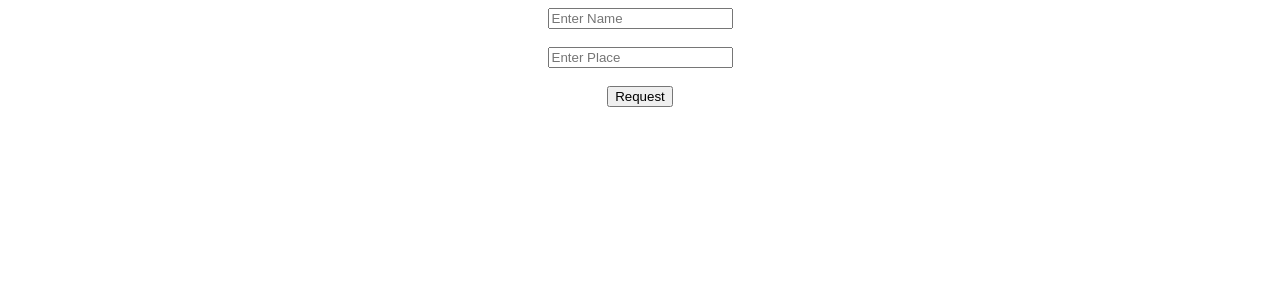
Repository: loganathanofficial/before-17-11-2025
Page: sevlet_class/form/src/main/webapp/form.html
The author's editor kept a copy of each file at every save. The page is drawn from the files as they stood at one save, then again after the next save.
The browser window is 1280 px wide. The pictures show the whole page.

Above is the page before, as saved 2025-02-21 02:05:51.

### sevlet_class/form/src/main/webapp/form.html
<!DOCTYPE html>
<html>
<head>
<meta charset="UTF-8">
<title>my  form </title>
</head>
<body>
	<center>
	<form action="fs">
		<input type="text" name="nm" placeholder="Enter Name"><br><br>
		<input type="text" name="pl" placeholder="Enter Place"><br><br>

		<button type="submit" value="Request">Request</button>


	</form>
	</center>
</body>
</html>

After the next save:
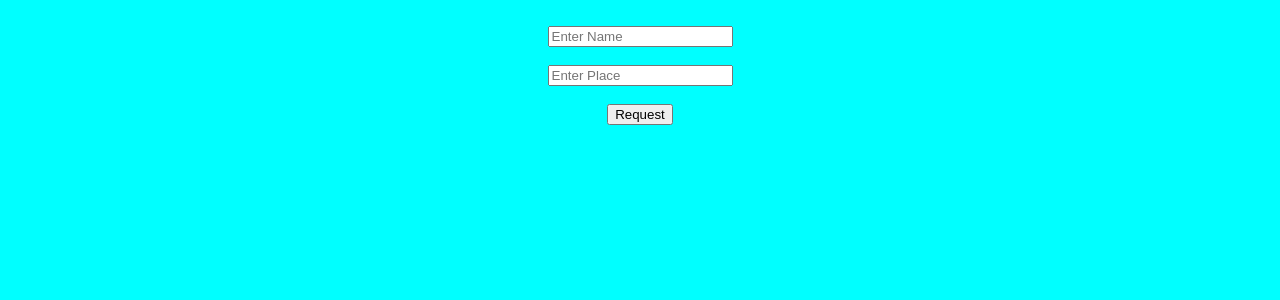
Saved 27 s later.
--- a/sevlet_class/form/src/main/webapp/form.html
+++ b/sevlet_class/form/src/main/webapp/form.html
@@ -4,9 +4,9 @@
 <meta charset="UTF-8">
 <title>my  form </title>
 </head>
-<body>
+<body bgcolor="cyan">
 	<center>
-	<form action="fs">
+	<form action="fs"><br>
 		<input type="text" name="nm" placeholder="Enter Name"><br><br>
 		<input type="text" name="pl" placeholder="Enter Place"><br><br>
 
